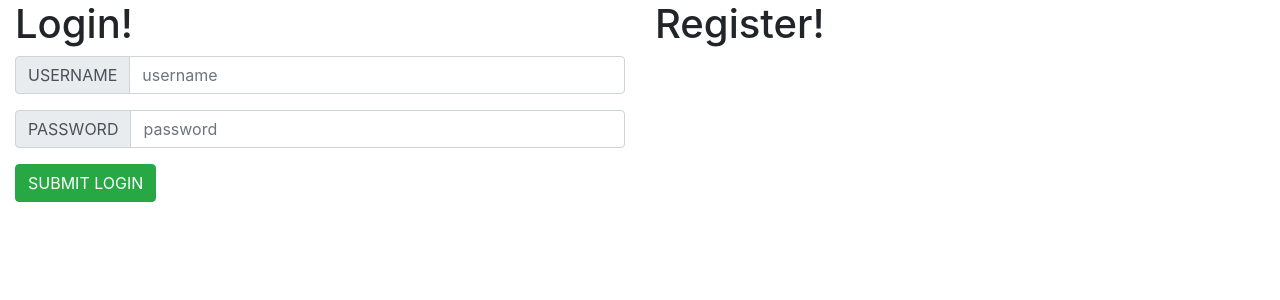
Repository: 191118javaExt/project-1-avrildouglas
Page: project-1/src/main/webapp/index.html
An editor plug-in stored every save of this project. The page is shown before and after the next save, followed by the edit.
The browser window is 1280 px wide. The pictures show the whole page.

Above is the page before, as saved 2020-01-03 14:53:22.

### project-1/src/main/webapp/index.html
<html>
	<head>
		<meta charset="UTF-8">
		<meta name="viewport" content="width=device-width, initial-scale=1.0">
		<meta http-equiv="X-UA-Compatible" content="ie=edge">
		<link rel="stylesheet" type="text/css" href="https://maxcdn.bootstrapcdn.com/bootstrap/4.0.0/css/bootstrap.min.css">
		<title>
			Douglas Reimbursement Employee System

		</title>

	</head>
	<body>
		<div class="container-fluid">
		<div class="row">
			<div class="col-md-6">
				<h1>Login!</h1>
				<form name="loginForm" onSubmit="sendLogin(event.preventDefault())">
					<div class="input-group mb-3">
						<div class="input-group-prepend">
							<span class="input-group-text">USERNAME</span>
						</div>
						<input type="text" class="form-control" placeholder="username" name="username" required>
					</div>

					<div class="input-group mb-3">
						<div class="input-group-prepend">
							<span class="input-group-text">PASSWORD</span>
						</div>
						<input type="password" class="form-control" placeholder="password" name="password" required>
					</div>

					<button class="btn btn-success">SUBMIT LOGIN</button>
				</form>
			</div>

			<div class="col-md-6">
				<h1>Register!</h1>
			</div>
		</div>
	</div>

	</body>

</html>

After the next save:
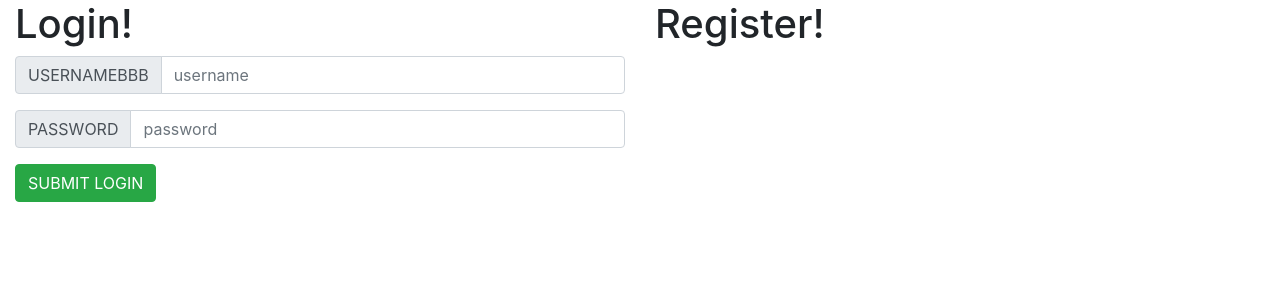
Saved 39 s later.
--- a/project-1/src/main/webapp/index.html
+++ b/project-1/src/main/webapp/index.html
@@ -18,7 +18,7 @@
 				<form name="loginForm" onSubmit="sendLogin(event.preventDefault())">
 					<div class="input-group mb-3">
 						<div class="input-group-prepend">
-							<span class="input-group-text">USERNAME</span>
+							<span class="input-group-text">USERNAMEBBB</span>
 						</div>
 						<input type="text" class="form-control" placeholder="username" name="username" required>
 					</div>
